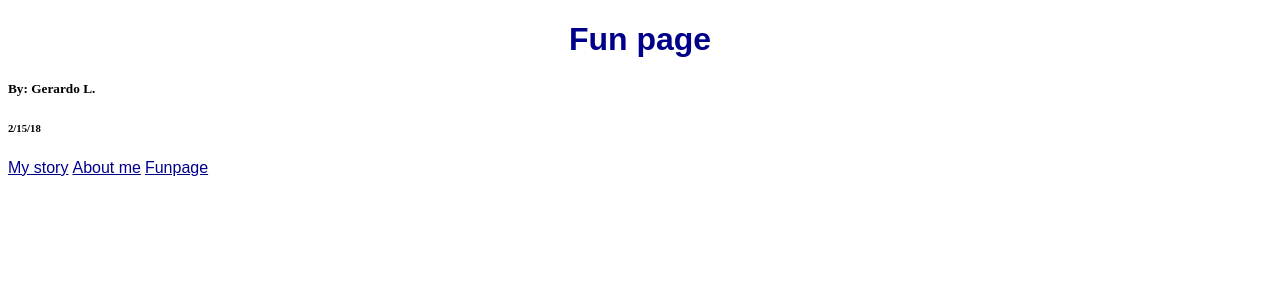
Repository: gesquivel15/gesquivel15.github.io
Page: Funpage.html
The author's editor kept a record of every edit. The page is drawn from the files as they stood at one moment, then again after the next edit.
The browser window is 1280 px wide. The pictures show the whole page.

Above is the page before.

### Funpage.html
<!DOCTYPE html>
<html>
  <head>
    <link href="styles.css" type="text/css" rel="stylesheet">
    <title>Fun Page</title>
    </head
    <body>
     <h1>Fun page</h1>
     <h5>By: Gerardo L.</h5>
     <h6>2/15/18</h6>
     <a href="my_story.html">My story</a>
    <a href="about_me.html">About me</a>
    <a href="Funpage.html">Funpage</a>

### styles.css/styles.css
p {
    font-family: Arial;
    color: darkblue;
    text-align-last: center;
    font-size: 50;
}

h1 {
    font-family: Arial;
    color: darkblue;
    text-align-last: center;
    font-size: 2em;

}

h2 {
    font-family: Arial;
    color: darkblue;
    text-align-last: center;
    font-size: 1em;
}

h3 {
    font-family: Arial;
    color: darkblue;
    text-align-last: center;
    font-size: 1em;
}

a {
    font-family: Arial;
    color: darkblue;
    text-align-last: center;
    font-size: 1em;
}


grid {
  border: 2px, blue solid;
  height: 500px;
  width: 500px;
  display: grid;
  grid-columns: 25% 25% 1fr 1fr;
  grid-rows: 200px 200px;
  grid-row-gap: 10px;
  grid-column-gap: 15px;
}

.box {
  background-color: beige;
  color: black;
  border-radius: 5px;
  border: 2px dodgerblue solid;
}

.a {
  grid-columns:start, 1;
  grid-column:end, 2;
  grid-row:start, 1;
  grid-row:end, 5;
}

.b {
  grid-column:start, 3;
  grid-column:end, 5;
  grid-row:start, 1;
  grid-row:end, 2;
}

.c {
  grid-column:start, 1;
  grid-column:end, 2;
  grid-row:start, 1;
  grid-row:end, 3;
}

.d {
  grid-column:start, 1;
  grid-column:end, 2;
  grid-row:start, 1;
  grid-row:end, 3;
}

.e {
  grid-column:start, 1;
  grid-column:end, 2;
  grid-row:start, 1;
  grid-row:end, 3;
}

.f {
  grid-column:start, 1;
  grid-column:end, 2;
  grid-row:start, 1;
  grid-row:end, 3;
}

.g {
  grid-column:start, 1;
  grid-column:end, 2;
  grid-row:start, 1;
  grid-row:end, 3;
}





img .Ramos {
    background-image: url(1-KVK482jWF3Tek4RnEiGZVQ.jpg);
    background-size: cover;
    background-position: center;
    height: 524px;
    width: 523px;
}

img .Madrid {
    background-image: url(Real-Madrid-Wallpaper-22.jpg);
    background-size: cover;
    background-position:top,right;
    height: 239px;
    width: 424px;
}

img .background {
  background-image: url(img00.deviantart.net/4e56/i/2017/183/4/a/__10__red_and_blue_fire_and_ice_color_blend_by_boltdrawz-dbev07t.png);
  background-size: cover;
  background-position:center;
  height: 115px;
  width: 213px;
}

img .welcome {
  background-image: url(https://www.askideas.com/media/13/Welcome-3d-Picture.jpg);
  background-size: cover;
  background-position: center;
  height: 239px;
  width: 424px;
}

### style.css
p {
    font-family: Arial;
    color: darkblue;
    text-align-last: center;
    font-size: 1.25em;
}

h1 {
    font-family: Arial;
    color: darkblue;
    text-align-last: center;
    font-size: 4em;

}

h2 {
    font-family: Arial;
    color: darkblue;
    text-align-last: center;
    font-size: 2em;
}

h3 {
    font-family: Arial;
    color: darkblue;
    text-align-last: center;
    font-size: 1.5em;
}

a {
    font-family: Arial;
    color: darkblue;
    text-align-last: center;
    font-size: 1em;
}


grid {
  border: 2px; black;
  height: 420px;
  width: 480px;
  display: grid;
  grid-columns: 25% 25% 1fr 1fr;
  grid-rows: 420px, 480px;
  grid-row-gap: 25px;
  grid-column-gap: 15px;
}

.box {
  background-color: white;
  color: black;
  border-radius: 2px;
  border:1px solid black;
}

.a {
  grid-columns:start, 1;
  grid-column:end, 2;
  grid-row:start, 1;
  grid-row:end, 5;
}

.b {
  grid-column:start, 3;
  grid-column:end, 5;
  grid-row:start, 1;
  grid-row:end, 2;
}

.c {
  grid-column:start, 1;
  grid-column:end, 2;
  grid-row:start, 1;
  grid-row:end, 3;
}

.d {
  grid-column:start, 1;
  grid-column:end, 2;
  grid-row:start, 1;
  grid-row:end, 3;
}




img .Ramos {
    background-image: url(1-KVK482jWF3Tek4RnEiGZVQ.jpg);
    background-size: cover;
    background-position: center;
    height: 524px;
    width: 523px;
}

img .Madrid {
    background-image: url(Real-Madrid-Wallpaper-22.jpg);
    background-size: cover;
    background-position: top, right;
    height: 239px;
    width: 424px;
}

img .background {
  background-image: url(img00.deviantart.net/4e56/i/2017/183/4/a/__10__red_and_blue_fire_and_ice_color_blend_by_boltdrawz-dbev07t.png);
  background-size: cover;
  background-position:center;
  height: 413px;
  width: 213px;
}

img .welcome {
  background-image: url(https://www.askideas.com/media/13/Welcome-3d-Picture.jpg);
  background-size: cover;
  background-position: center;
  height: 239px;
  width: 424px;
}

After the next edit:
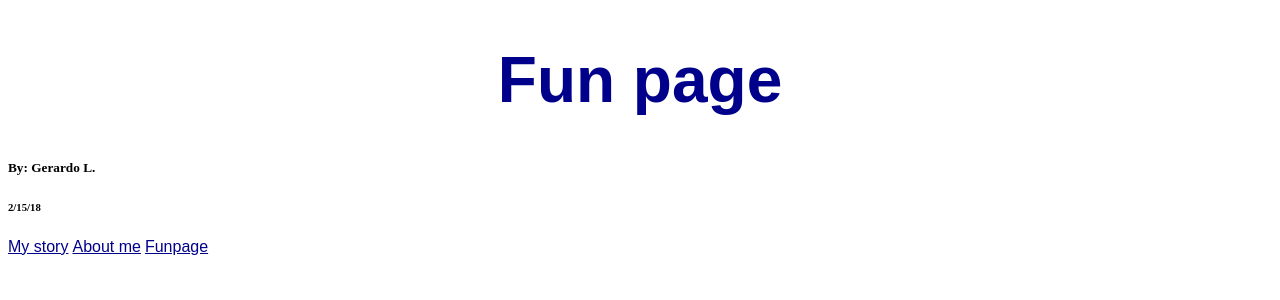
The edit:
--- a/Funpage.html
+++ b/Funpage.html
@@ -1,7 +1,7 @@
 <!DOCTYPE html>
 <html>
   <head>
-    <link href="styles.css" type="text/css" rel="stylesheet">
+    <link href="style.css" type="text/css" rel="stylesheet">
     <title>Fun Page</title>
     </head
     <body>
